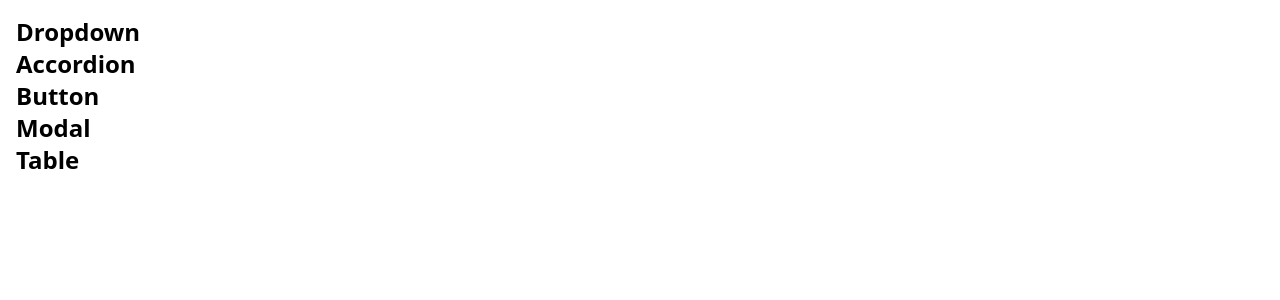
Repository: Marhamat92/reactroutefromstephen
Page: /
The author's editor kept a copy of each file at every save. The page is drawn from the files as they stood at one save, then again after the next save.
The browser window is 1280 px wide. The pictures show the whole page.
The project was rebuilt for these pictures with package versions that can differ from the ones it lists, and the page was loaded fresh each time. Also part of the build but not shown: src/App.css, src/components/Dropdowns/DropDown.tsx, src/pages/dropdown/DropdownPage.tsx, src/components/Accordion/Accordion.tsx, src/pages/accordion/AccordionPage.tsx, src/components/Buttons/Button.tsx, src/pages/buttons/ButtonPage.tsx, src/components/Modal/Modal.tsx and 4 more.

Above is the page before, as saved 2023-01-09 14:35:41.

After the next save:
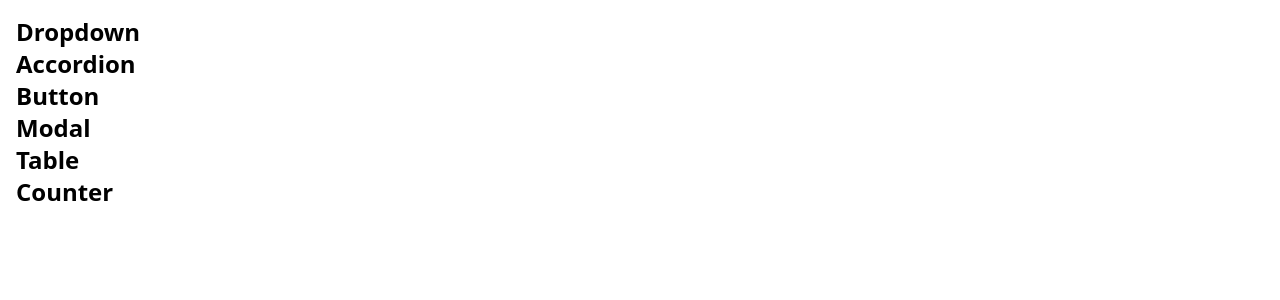
Saved 2 min 29 s later.
--- a/src/components/Sidebar/Sidebar.tsx
+++ b/src/components/Sidebar/Sidebar.tsx
@@ -10,6 +10,7 @@ function Sidebar({}: Props) {
     { to: "/button", label: "Button" },
     { to: "/modal", label: "Modal" },
     { to: "/table", label: "Table" },
+    { to: "/counter", label: "Counter" },
   ];
 
   const renderedLinks = links.map((link) => {
